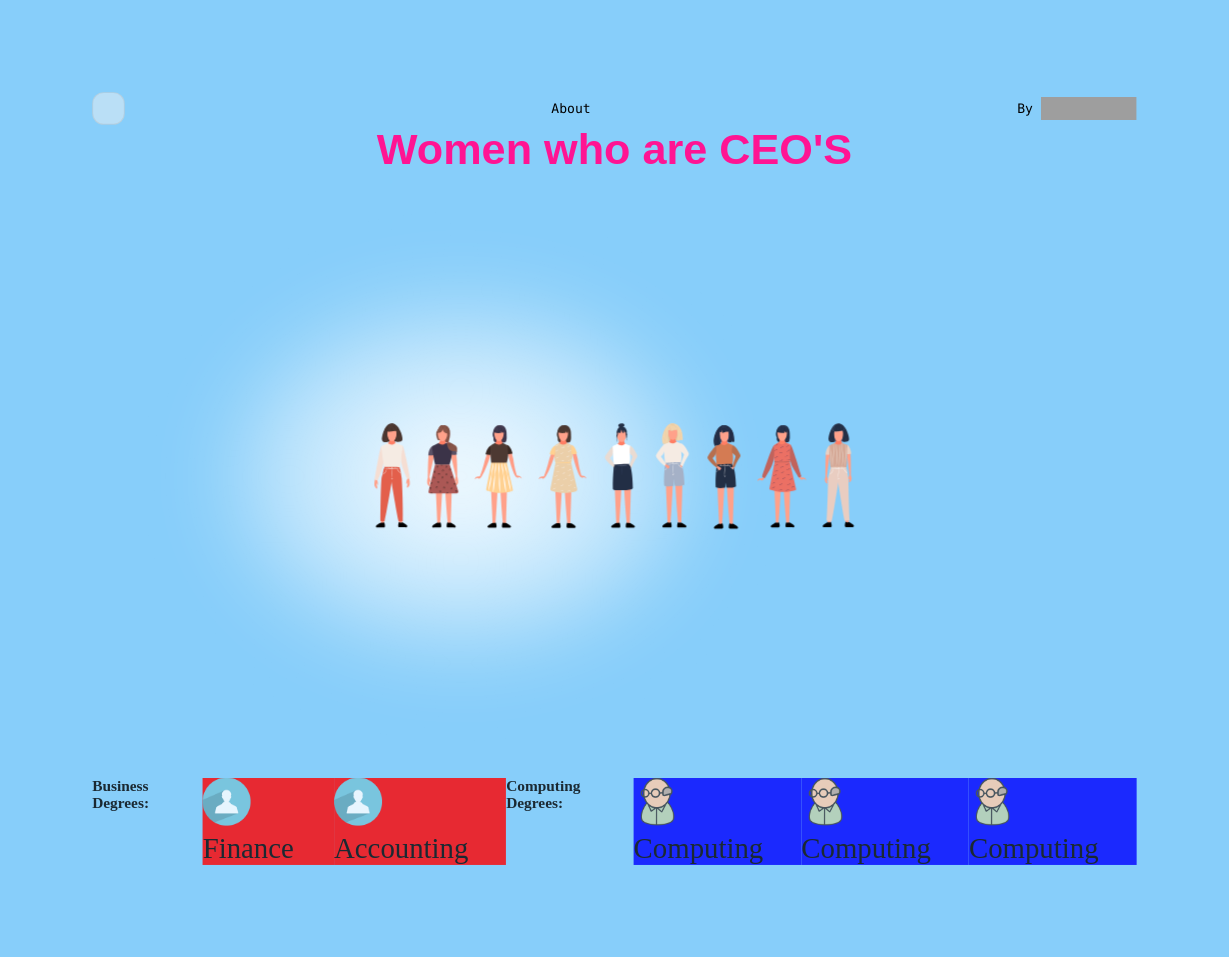
Repository: bguemos/week3example
Page: /
These files come from the project's save history. The page is drawn as it stood at one moment and after the next save; the edit follows.
The browser window is 1280 px wide. The pictures show the whole page, at 96% of full size.
Pictures or frames that could not be fetched are drawn as grey boxes. The project was rebuilt for these pictures with package versions that can differ from the ones it lists, and the page was loaded fresh each time. The framework's server and built-in components were replaced by stand-ins that run in the browser. Also part of the build but not shown: next.config.js.

Above is the page before, as saved 2023-01-18 12:23:40.

### pages/index.js
import Head from 'next/head'
import Image from 'next/image'
import { Inter } from '@next/font/google'
import styles from '@/styles/Home.module.css'
import data from '../data/education.json'
import { useState } from 'react'
import Card from '../components/Card'
import Link from 'next/link'

const inter = Inter({ subsets: ['latin'] })

export default function Home() {
    const [information, setInformation] = useState([...data])
     console.log(data);
  return (
    <>
      <Head>
        <title>The Office</title>
        <meta name="description" content="Generated by create next app" />
        <meta name="viewport" content="width=device-width, initial-scale=1" />
        <link rel="icon" href="/favicon.ico" />
      </Head>
      <main className={styles.main}>
        <div className={styles.description}>
          <p>

            <code className={styles.code}></code>
          </p>
          <Link href="About">About</Link>
          <div>
            <a
              href="https://vercel.com?utm_source=create-next-app&utm_medium=default-template&utm_campaign=create-next-app"
              target="_blank"
              rel="noopener noreferrer"
            >
              By{' '}
              <Image
                src="/vercel.svg"
                alt="Vercel Logo"
                className={styles.vercelLogo}
                width={100}
                height={24}
                priority
              />
            </a>
          </div>
        </div>

        <h1 className={styles.header}> Women who are CEO'S</h1>

        <div className={styles.center}>
          <Image
            className={styles.logo}
            src="/women.svg"
            alt="womanLogo"
            width={500}
            height={500}
            priority
          />


        </div>

        <div className={styles.grid}>
          <b> Business Degrees: </b>
          {information && information.map((info, index) => {
            if(info.department === "Business"){
              return(
                <Card key={index} degree={info.degree} colour="red" font="30px"/>
              )
            }
           })}
           <b> Computing Degrees:</b>
           {information && information.map((info, index) => {
            if(info.department === "Computing"){
              return(
              <Card key={index} degree={info.department} colour="blue" font="30px"/>
              )
            }
            })}
        </div>
      </main>
    </>
  )
}

### styles/Home.module.css
.main {
  display: flex;
  flex-direction: column;
  justify-content: space-between;
  align-items: center;
  padding: 6rem;
  min-height: 100vh;
  background-color: lightskyblue;

}

.description {
  display: inherit;
  justify-content: inherit;
  align-items: inherit;
  font-size: 0.85rem;
  max-width: var(--max-width);
  width: 100%;
  z-index: 2;
  font-family: var(--font-mono);
}

.description a {
  display: flex;
  justify-content: center;
  align-items: center;
  gap: 0.5rem;
}

.description p {
  position: relative;
  margin: 0;
  padding: 1rem;
  background-color: rgba(var(--callout-rgb), 0.5);
  border: 1px solid rgba(var(--callout-border-rgb), 0.3);
  border-radius: var(--border-radius);
}

.code {
  font-weight: 700;
  font-family: var(--font-mono);
}

.grid {
  display: flex;
  flex-direction: row;
  flex-wrap: nowrap;
  grid-template-columns: repeat(4, minmax(25%, auto));
  width: var(--max-width);
  max-width: 100%;
  opacity: .8;

}

.card {
  padding: 1rem 1.2rem;
  border-radius: var(--border-radius);
  background: rgba(var(--card-rgb), 0);
  border: 1px solid rgba(var(--card-border-rgb), 0);
  transition: background 200ms, border 200ms;
}

.card span {
  display: inline-block;
  transition: transform 200ms;
}

.card h2 {
  font-weight: 600;
  margin-bottom: 0.7rem;
}

.card p {
  margin: 0;
  opacity: 0.6;
  font-size: 0.9rem;
  line-height: 1.5;
  max-width: 30ch;
}

.center {
  display: flex;
  justify-content: center;
  align-items: center;
  position: relative;
  padding: 4rem 0;
}

.center::before {
  background: var(--secondary-glow);
  border-radius: 50%;
  width: 480px;
  height: 360px;
  margin-left: -400px;
}

.center::after {
  background: var(--primary-glow);
  width: 240px;
  height: 180px;
  z-index: -1;
}

.center::before,
.center::after {
  content: '';
  left: 50%;
  position: absolute;
  filter: blur(45px);
  transform: translateZ(0);
}

.logo,
.thirteen {
  position: relative;

}
.header{
  position: relative;
  font-size: 45px;
  font-family: Arial, Helvetica, sans-serif;
  color: deeppink;
}

.thirteen::before,
.thirteen::after {
  content: '';
  position: absolute;
  z-index: -1;
}

/* Conic Gradient Animation */
.thirteen::before {
  animation: 6s rotate linear infinite;
  width: 200%;
  height: 200%;
  background: var(--tile-border);
}

/* Inner Square */
.thirteen::after {
  inset: 0;
  padding: 1px;
  border-radius: var(--border-radius);
  background: linear-gradient(
    to bottom right,
    rgba(var(--tile-start-rgb), 1),
    rgba(var(--tile-end-rgb), 1)
  );
  background-clip: content-box;
}

/* Enable hover only on non-touch devices */
@media (hover: hover) and (pointer: fine) {
  .card:hover {
    background: rgba(var(--card-rgb), 0.1);
    border: 1px solid rgba(var(--card-border-rgb), 0.15);
  }

  .card:hover span {
    transform: translateX(4px);
  }
}

@media (prefers-reduced-motion) {
  .thirteen::before {
    animation: none;
  }

  .card:hover span {
    transform: none;
  }
}

/* Mobile */
@media (max-width: 700px) {
  .content {
    padding: 4rem;
  }

  .grid {
    grid-template-columns: 1fr;
    margin-bottom: 120px;
    max-width: 320px;
    text-align: center;
  }

  .card {
    padding: 1rem 2.5rem;
  }

  .card h2 {
    margin-bottom: 0.5rem;
  }

  .center {
    padding: 8rem 0 6rem;
  }

  .center::before {
    transform: none;
    height: 300px;
  }

  .description {
    font-size: 0.8rem;
  }

  .description a {
    padding: 1rem;
  }

  .description p,
  .description div {
    display: flex;
    justify-content: center;
    position: fixed;
    width: 100%;
  }

  .description p {
    align-items: center;
    inset: 0 0 auto;
    padding: 2rem 1rem 1.4rem;
    border-radius: 0;
    border: none;
    border-bottom: 1px solid rgba(var(--callout-border-rgb), 0.25);
    background: linear-gradient(
      to bottom,
      rgba(var(--background-start-rgb), 1),
      rgba(var(--callout-rgb), 0.5)
    );
    background-clip: padding-box;
    backdrop-filter: blur(24px);
  }

  .description div {
    align-items: flex-end;
    pointer-events: none;
    inset: auto 0 0;
    padding: 2rem;
    height: 200px;
    background: linear-gradient(
      to bottom,
      transparent 0%,
      rgb(var(--background-end-rgb)) 40%
    );
    z-index: 1;
  }
}

/* Tablet and Smaller Desktop */
@media (min-width: 701px) and (max-width: 1120px) {
  .grid {
    grid-template-columns: repeat(2, 50%);
  }
}

@media (prefers-color-scheme: dark) {
  .vercelLogo {
    filter: invert(1);
  }

  .logo,
  .thirteen img {
    filter: invert(1) drop-shadow(0 0 0.3rem #ffffff70);
  }
}

@keyframes rotate {
  from {
    transform: rotate(360deg);
  }
  to {
    transform: rotate(0deg);
  }
}

### data/education.json
[
        {
            "studentNumber": "A0004567",
            "firstName": "Person 1",
            "gpa": 3.8,
            "department": "Business",
            "degree": "Finance",
            "graduted": 2014
        },
        {
            "studentNumber": "A0001234",
            "firstName": "Person 2",
            "gpa": 3.5,
            "department": "Business",
            "degree": "Accounting",
            "graduted": 2010
        },
        {
            "studentNumber": "A0007890",
            "firstName": "Person 3",
            "gpa": 3.2,
            "department": "Computing",
            "degree": "Applied Software Development Certificate",
            "graduted": 2018
        },
        {
            "studentNumber": "A0007828",
            "firstName": "Person 4",
            "gpa": 3.9,
            "department": "Computing",
            "degree": "Computer Systems Diploma",
            "graduted": 2021
        },
        {
            "studentNumber": "A0003425",
            "firstName": "Person 5",
            "gpa": 3.2,
            "department": "Computing",
            "degree": "Applied Computer Information Systems Certificate",
            "graduted": 2021
        }
]

### components/Card/index.js
export default function Card({
    degree= "none",
    colour= "purple",
    font = "0",
    image = "icon/personTwo.png"
}) {
    return(
        <div style={{backgroundColor: colour, fontSize:font}}>
         {
            colour === "red" ? <img src={'icon/person.png'} width="50"/> :
            colour === "blue" ? <img src={'icon/personThree.png'} width="50"/>:
                                <img src={image} width="50" />
         }
         {degree}
        </div>
    )
}

Loaded but not shown: pages/_app.js (common file); pages/_document.js (common file); styles/globals.css (common file)

After the next save:
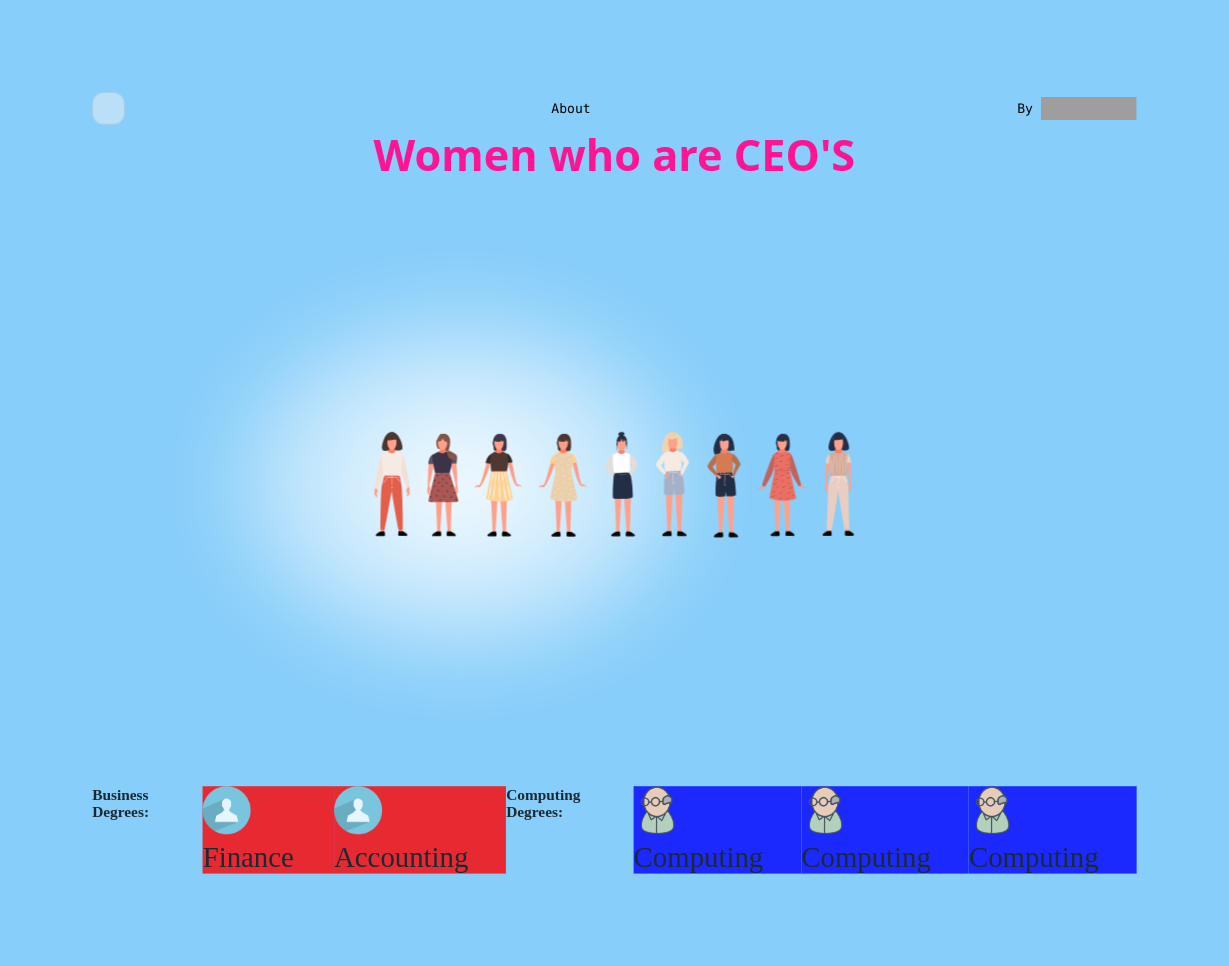
Saved 5 min 46 s later.
--- a/styles/Home.module.css
+++ b/styles/Home.module.css
@@ -118,7 +118,7 @@
 .header{
   position: relative;
   font-size: 45px;
-  font-family: Arial, Helvetica, sans-serif;
+  font-family: system-ui, -apple-system, BlinkMacSystemFont, 'Segoe UI', Roboto, Oxygen, Ubuntu, Cantarell, 'Open Sans', 'Helvetica Neue', sans-serif;
   color: deeppink;
 }
 
